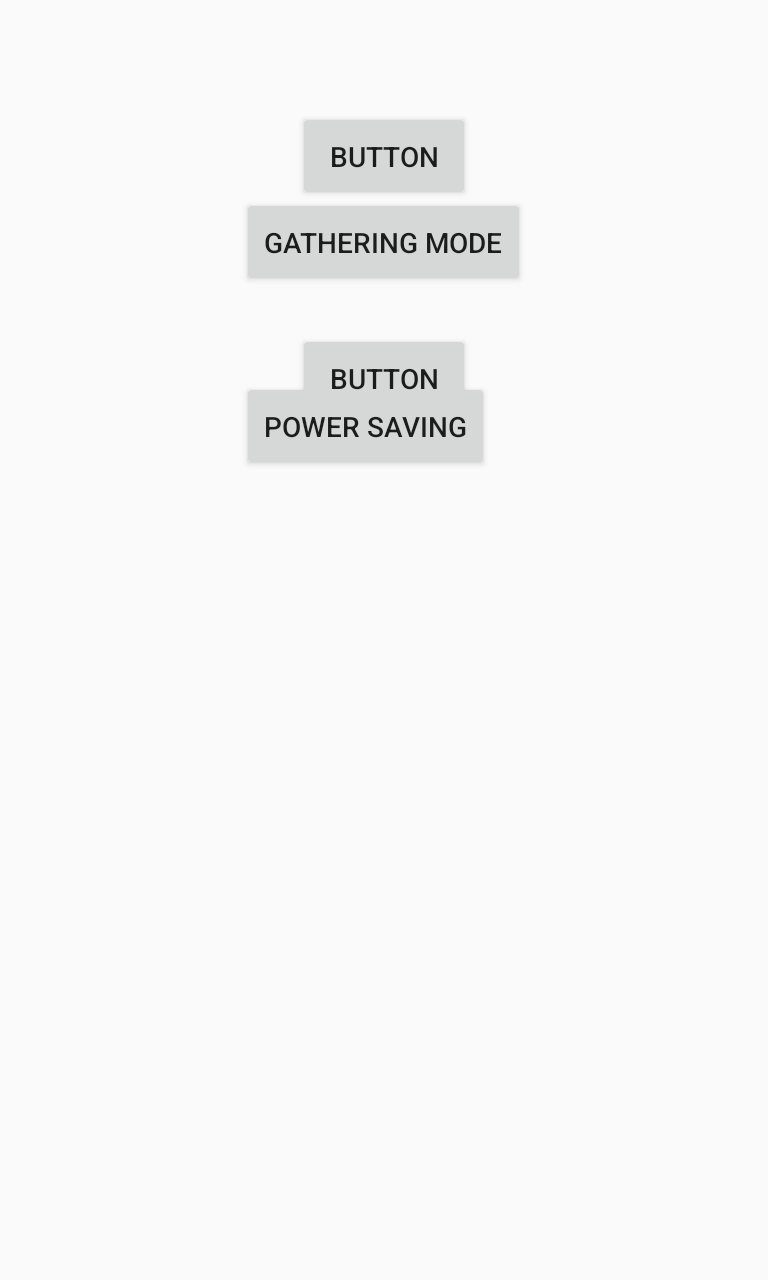
Repository: LogInc/oscar_app
Layout: Android/Oscar/res/layout/activity_modes.xml
These files come from the project's save history. The layout is drawn as it stood at one moment and after the next save; the edit follows.
It is drawn on a 768 x 1280 px phone screen (xhdpi) without system bars, with theme AppTheme; the app's code is not run.

Above is the layout before, as saved 2015-02-19 14:13:02.

### Android/Oscar/res/layout/activity_modes.xml
<RelativeLayout xmlns:android="http://schemas.android.com/apk/res/android"
    xmlns:tools="http://schemas.android.com/tools"
    android:layout_width="match_parent"
    android:layout_height="match_parent"
    tools:context="${relativePackage}.${activityClass}" >

    <Button
        android:id="@+id/gMode"
        android:layout_width="wrap_content"
        android:layout_height="wrap_content"
        android:layout_alignParentTop="true"
        android:layout_centerHorizontal="true"
        android:layout_marginTop="97dp"
        android:text="@string/Gathering" />

    <Button
        android:id="@+id/powerSavings"
        android:layout_width="wrap_content"
        android:layout_height="wrap_content"
        android:layout_alignLeft="@+id/gMode"
        android:layout_below="@+id/gMode"
        android:layout_marginTop="44dp"
        android:text="@string/Power" />

    <Button
        android:id="@+id/button3"
        android:layout_width="wrap_content"
        android:layout_height="wrap_content"
        android:layout_below="@+id/button2"
        android:layout_centerHorizontal="true"
        android:layout_marginTop="54dp"
        android:text="Button" />

    <Button
        android:id="@+id/button4"
        android:layout_width="wrap_content"
        android:layout_height="wrap_content"
        android:layout_below="@+id/button3"
        android:layout_centerHorizontal="true"
        android:layout_marginTop="63dp"
        android:text="Button" />

</RelativeLayout>

### Android/Oscar/res/values/strings.xml
<?xml version="1.0" encoding="utf-8"?>
<resources>

    <string name="app_name">Oscar</string>
    <string name="title_activity_login">Login</string>
    <string name="hello_world">Hello world!</string>
    <string name="Password">Password</string>
    <string name="Username">Username</string>
    <string name="SignIn">Sign In</string>
    <string name="title_activity_home">Home</string>
    <string name="Modes">House Modes</string>
    <string name="OscarHouse">Enter Oscar Home</string>
    <string name="title_activity_modes">Modes</string>
    <string name="Gathering">Gathering Mode</string>
    <string name="Power">Power Saving</string>
    <string name="LightsOut">Lights Out</string>
    <string name="Study">Study Mode</string>

</resources>

Loaded but not shown: Android/Oscar/res/values/styles.xml (common file); Android/Oscar/res/values-v11/styles.xml (common file); Android/Oscar/res/values-v14/styles.xml (common file)

After the next save:
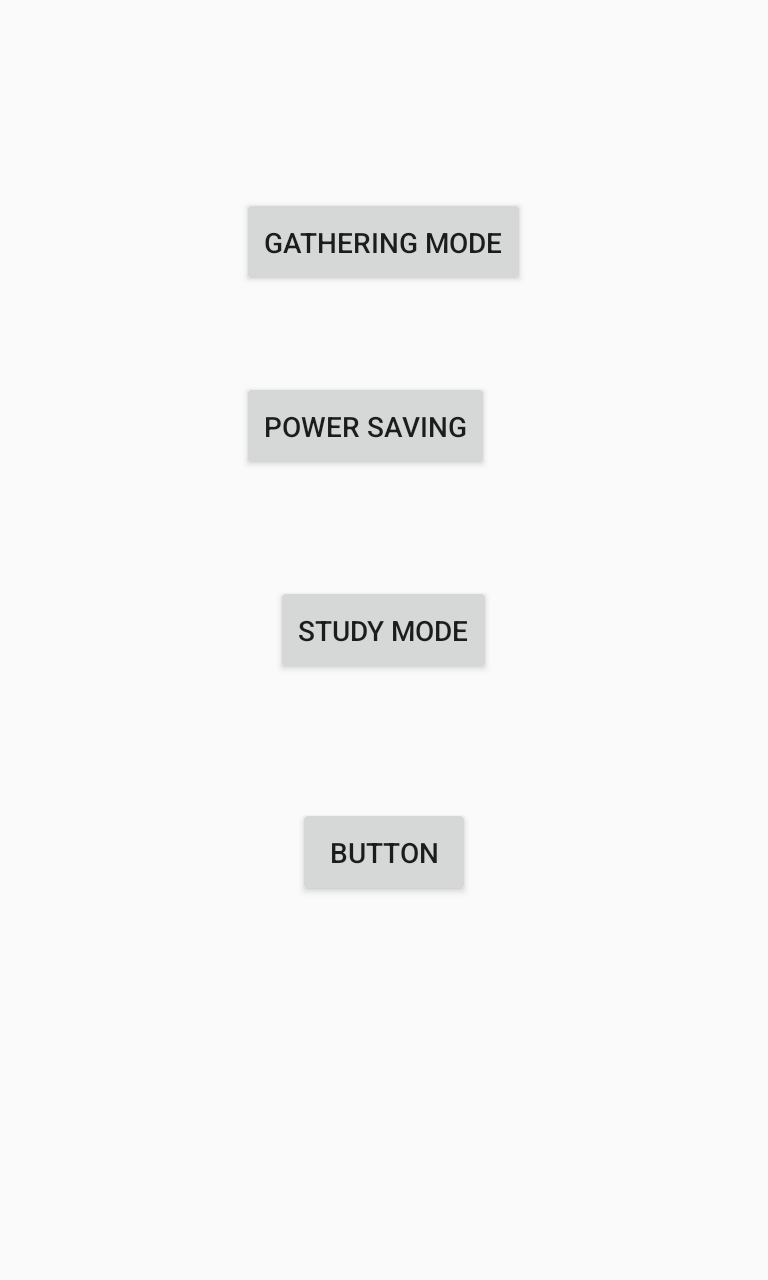
Saved 35 s later.
--- a/Android/Oscar/res/layout/activity_modes.xml
+++ b/Android/Oscar/res/layout/activity_modes.xml
@@ -26,10 +26,10 @@
         android:id="@+id/button3"
         android:layout_width="wrap_content"
         android:layout_height="wrap_content"
-        android:layout_below="@+id/button2"
+        android:layout_below="@+id/powerSavings"
         android:layout_centerHorizontal="true"
         android:layout_marginTop="54dp"
-        android:text="Button" />
+        android:text="@string/Study" />
 
     <Button
         android:id="@+id/button4"
